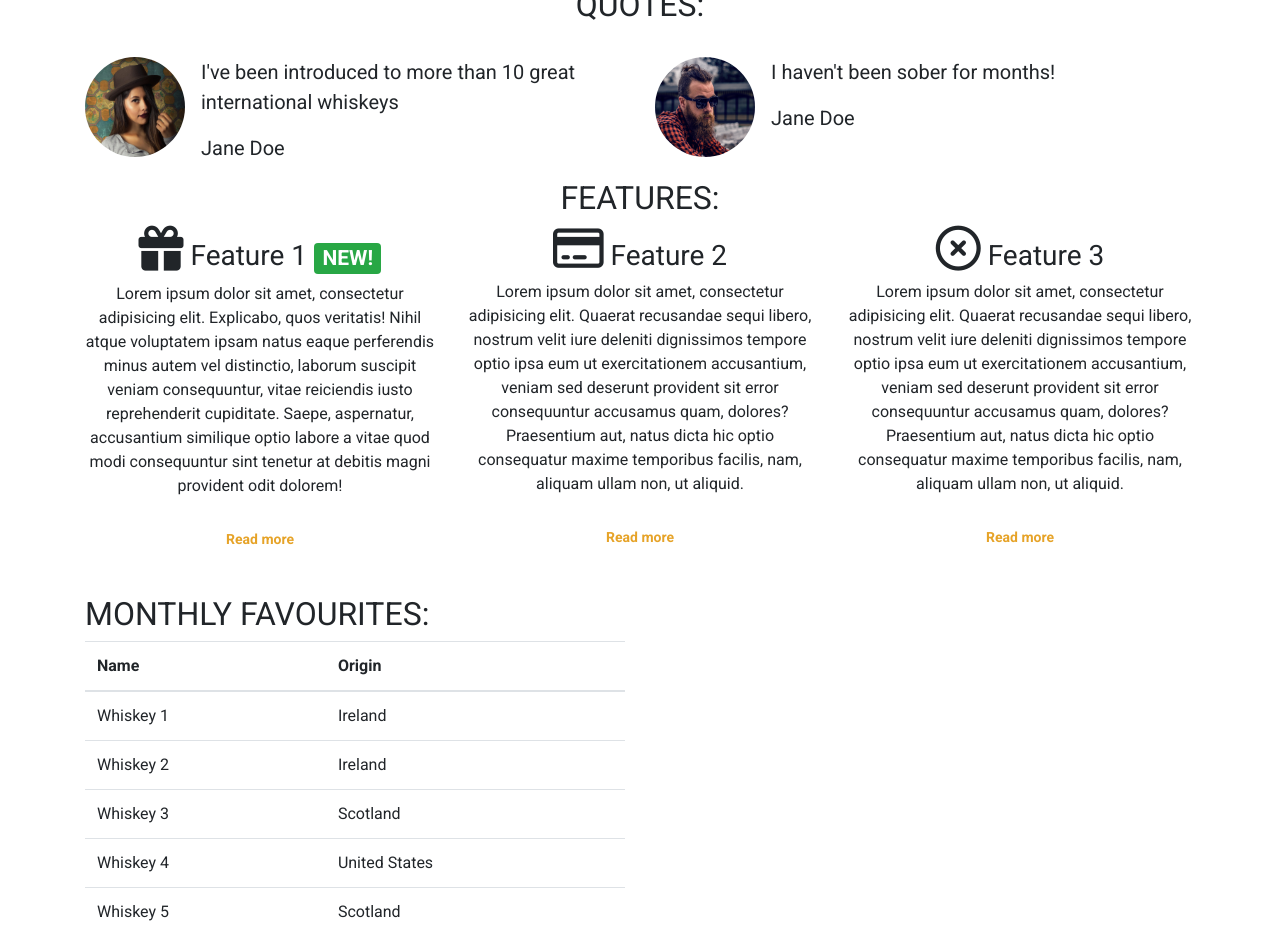
Repository: Sarani1612/whiskey-drop
Page: index.html
The author's editor kept a record of every edit. The page is drawn from the files as they stood at one moment, then again after the next edit.
The browser window is 1280 px wide. The pictures show the part of the page from y = 734 to 1686 px (the page is 1686 px tall).
Backgrounds fixed to the window are drawn as part of the page. Some web libraries are served in a nearby version.

Above is the page before.
Console error: TypeError: Cannot read properties of undefined (reading 'fn')

After the next edit:
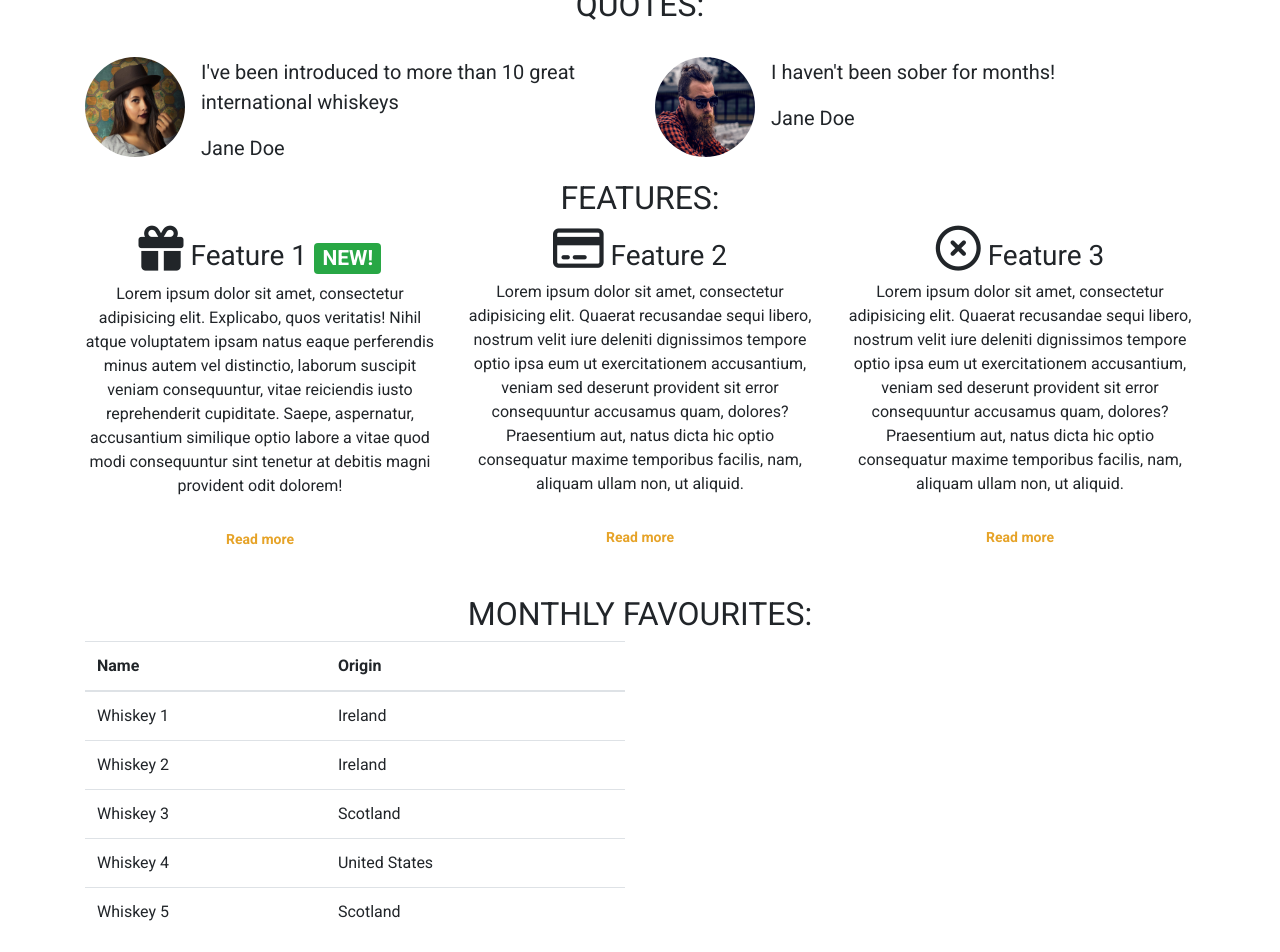
The edit:
--- a/index.html
+++ b/index.html
@@ -160,7 +160,7 @@
     <div class="container monthly-container">
         <section>
             <div class="row">
-                <div class="col-12">
+                <div class="col-12 page-header">
                     <h2 class="text-uppercase">Monthly Favourites:</h2>
                 </div>
             </div>
